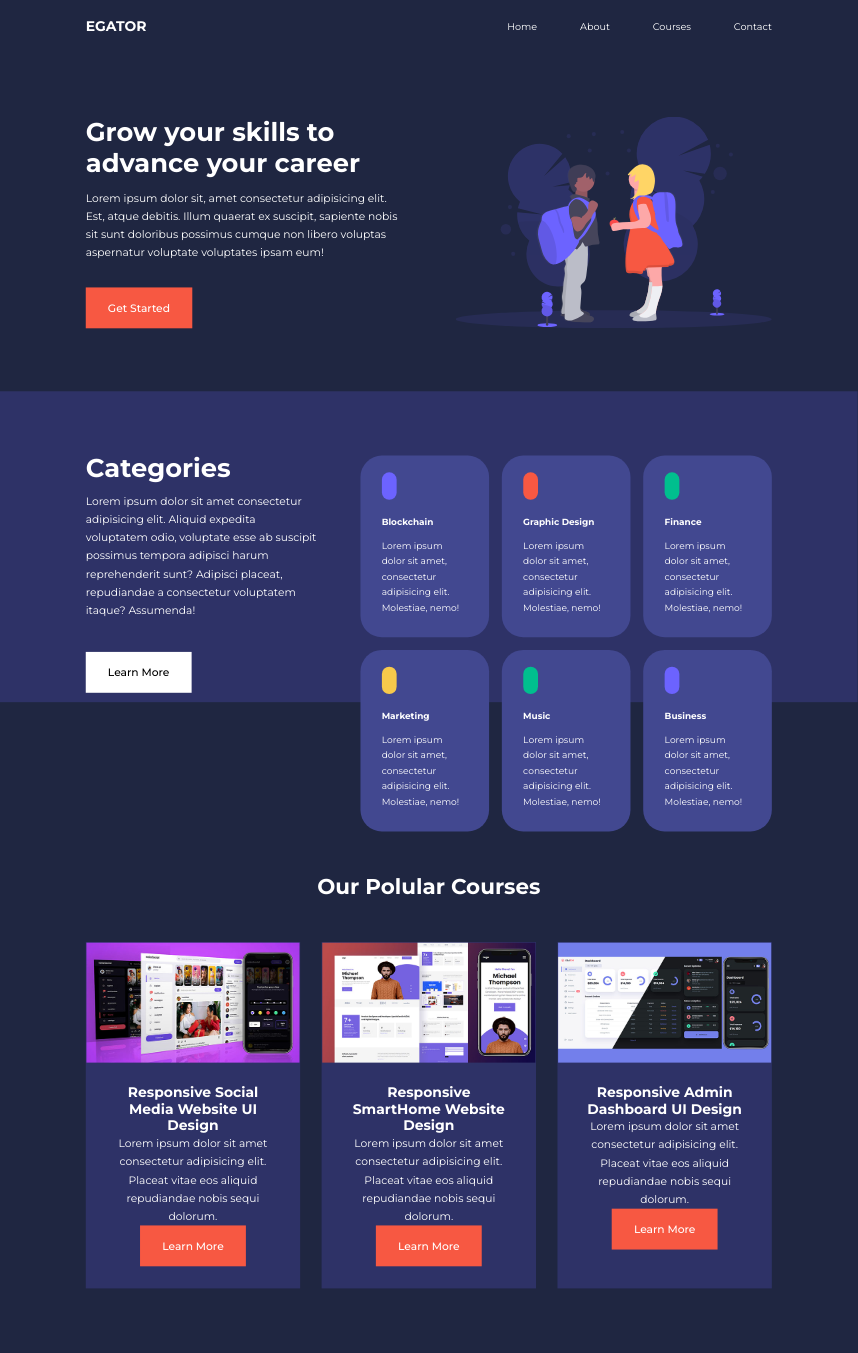
Repository: QUANGTHAI2003/education-web
Page: index.html
The author's editor kept a copy of each file at every save. The page is drawn from the files as they stood at one save, then again after the next save.
The browser window is 1280 px wide. The pictures show the whole page, at 67% of full size.
Some icons come from a web library that is not loaded, so they are not drawn.

Above is the page before, as saved 2022-03-11 14:44:15.

After the next save:
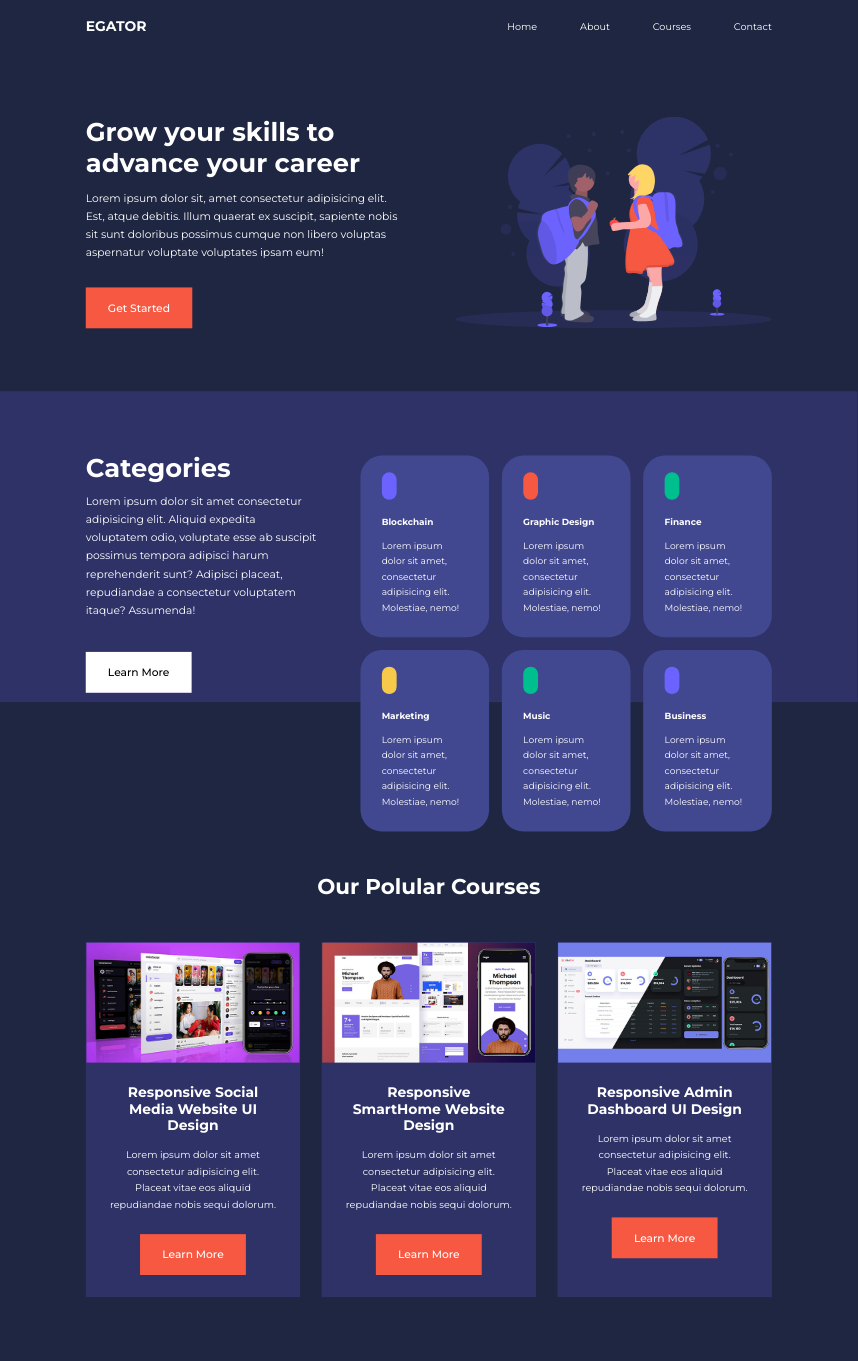
Saved 33 s later.
--- a/css/style.css
+++ b/css/style.css
@@ -257,3 +257,8 @@ header {
 .course__info {
     padding: 2rem;
 }
+
+.course__info p {
+    margin: 1.2rem 0 2rem;
+    font-size: 0.9rem;
+}
